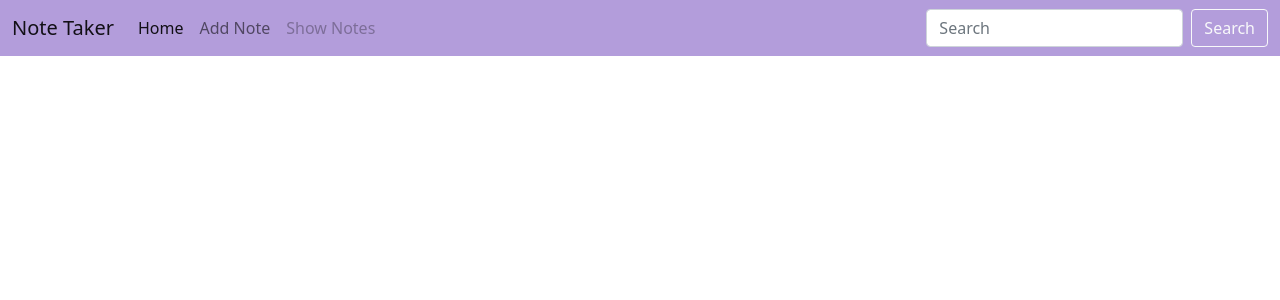
Repository: Tanmoy4672/Hibernate
Page: http://localhost/NoteTaker/
These files come from the project's save history. The page is drawn as it stood at one moment and after the next save; the edit follows.
The browser window is 1280 px wide. The pictures show the whole page.
The page is served by Tomcat 9. Other server files are loaded and not shown.

Above is the page before, as saved 2021-12-15 21:16:14.

### NoteTaker/src/main/webapp/index.jsp
<!doctype html>
<html lang="en">
  <head>
    <!-- Required meta tags -->
    <meta charset="utf-8">
    <meta name="viewport" content="width=device-width, initial-scale=1">

    <!-- Bootstrap CSS -->
    <link href="https://cdn.jsdelivr.net/npm/bootstrap@5.0.2/dist/css/bootstrap.min.css" rel="stylesheet" integrity="sha384-EVSTQN3/azprG1Anm3QDgpJLIm9Nao0Yz1ztcQTwFspd3yD65VohhpuuCOmLASjC" crossorigin="anonymous">
    <link href="CSS/style.css" rel="stylesheet"/>

 <!-- Optional JavaScript; choose one of the two! -->

    <!-- Option 1: Bootstrap Bundle with Popper -->
    <script src="https://cdn.jsdelivr.net/npm/bootstrap@5.0.2/dist/js/bootstrap.bundle.min.js" integrity="sha384-MrcW6ZMFYlzcLA8Nl+NtUVF0sA7MsXsP1UyJoMp4YLEuNSfAP+JcXn/tWtIaxVXM" crossorigin="anonymous"></script>

    <!-- Option 2: Separate Popper and Bootstrap JS -->

    <script src="https://cdn.jsdelivr.net/npm/@popperjs/core@2.9.2/dist/umd/popper.min.js" integrity="sha384-IQsoLXl5PILFhosVNubq5LC7Qb9DXgDA9i+tQ8Zj3iwWAwPtgFTxbJ8NT4GN1R8p" crossorigin="anonymous"></script>
    <script src="https://cdn.jsdelivr.net/npm/bootstrap@5.0.2/dist/js/bootstrap.min.js" integrity="sha384-cVKIPhGWiC2Al4u+LWgxfKTRIcfu0JTxR+EQDz/bgldoEyl4H0zUF0QKbrJ0EcQF" crossorigin="anonymous"></script>



    <title>NoteTaker</title>
  </head>
  <body>

    <div class="container-fluid p-0 m-0">
    <%@include file="Navbar.jsp" %>
    </div>















  </body>
</html>

### NoteTaker/src/main/webapp/Navbar.jsp
<nav class="navbar navbar-expand-lg navbar-light purple">
	<div class="container-fluid">
		<a class="navbar-brand" href="#">Note Taker</a>
		<button class="navbar-toggler" type="button" data-bs-toggle="collapse"
			data-bs-target="#navbarSupportedContent"
			aria-controls="navbarSupportedContent" aria-expanded="false"
			aria-label="Toggle navigation">
			<span class="navbar-toggler-icon"></span>
		</button>
		<div class="collapse navbar-collapse" id="navbarSupportedContent">
			<ul class="navbar-nav me-auto mb-2 mb-lg-0">
				<li class="nav-item"><a class="nav-link active"
					aria-current="page" href="#">Home</a></li>
				<li class="nav-item"><a class="nav-link" href="#">Add Note</a></li>

				<li class="nav-item"><a class="nav-link disabled" href="#"
					tabindex="-1" aria-disabled="true">Show Notes</a></li>
			</ul>
			<form class="d-flex">
				<input class="form-control me-2" type="search" placeholder="Search"
					aria-label="Search">
				<button class="btn btn-outline-light" type="submit">Search</button>
			</form>
		</div>
	</div>
</nav>

### NoteTaker/src/main/webapp/CSS/style.css
.purple{
	background: #b39ddb;
}

### NoteTaker/src/main/webapp/All_js_css.jsp
<!-- Bootstrap CSS -->
    <link href="https://cdn.jsdelivr.net/npm/bootstrap@5.0.2/dist/css/bootstrap.min.css" rel="stylesheet" integrity="sha384-EVSTQN3/azprG1Anm3QDgpJLIm9Nao0Yz1ztcQTwFspd3yD65VohhpuuCOmLASjC" crossorigin="anonymous">
    <link href="CSS/style.css" rel="stylesheet"/>

 <!-- Optional JavaScript; choose one of the two! -->

    <!-- Option 1: Bootstrap Bundle with Popper -->
    <script src="https://cdn.jsdelivr.net/npm/bootstrap@5.0.2/dist/js/bootstrap.bundle.min.js" integrity="sha384-MrcW6ZMFYlzcLA8Nl+NtUVF0sA7MsXsP1UyJoMp4YLEuNSfAP+JcXn/tWtIaxVXM" crossorigin="anonymous"></script>

    <!-- Option 2: Separate Popper and Bootstrap JS -->

    <script src="https://cdn.jsdelivr.net/npm/@popperjs/core@2.9.2/dist/umd/popper.min.js" integrity="sha384-IQsoLXl5PILFhosVNubq5LC7Qb9DXgDA9i+tQ8Zj3iwWAwPtgFTxbJ8NT4GN1R8p" crossorigin="anonymous"></script>
    <script src="https://cdn.jsdelivr.net/npm/bootstrap@5.0.2/dist/js/bootstrap.min.js" integrity="sha384-cVKIPhGWiC2Al4u+LWgxfKTRIcfu0JTxR+EQDz/bgldoEyl4H0zUF0QKbrJ0EcQF" crossorigin="anonymous"></script>

After the next save:
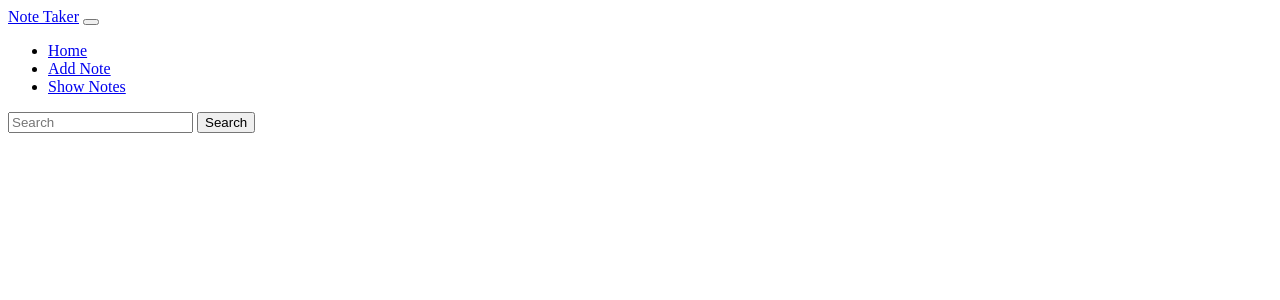
Saved 20 s later.
--- a/NoteTaker/src/main/webapp/index.jsp
+++ b/NoteTaker/src/main/webapp/index.jsp
@@ -5,19 +5,6 @@
     <meta charset="utf-8">
     <meta name="viewport" content="width=device-width, initial-scale=1">
 
-    <!-- Bootstrap CSS -->
-    <link href="https://cdn.jsdelivr.net/npm/bootstrap@5.0.2/dist/css/bootstrap.min.css" rel="stylesheet" integrity="sha384-EVSTQN3/azprG1Anm3QDgpJLIm9Nao0Yz1ztcQTwFspd3yD65VohhpuuCOmLASjC" crossorigin="anonymous">
-    <link href="CSS/style.css" rel="stylesheet"/>
-
- <!-- Optional JavaScript; choose one of the two! -->
-
-    <!-- Option 1: Bootstrap Bundle with Popper -->
-    <script src="https://cdn.jsdelivr.net/npm/bootstrap@5.0.2/dist/js/bootstrap.bundle.min.js" integrity="sha384-MrcW6ZMFYlzcLA8Nl+NtUVF0sA7MsXsP1UyJoMp4YLEuNSfAP+JcXn/tWtIaxVXM" crossorigin="anonymous"></script>
-
-    <!-- Option 2: Separate Popper and Bootstrap JS -->
-
-    <script src="https://cdn.jsdelivr.net/npm/@popperjs/core@2.9.2/dist/umd/popper.min.js" integrity="sha384-IQsoLXl5PILFhosVNubq5LC7Qb9DXgDA9i+tQ8Zj3iwWAwPtgFTxbJ8NT4GN1R8p" crossorigin="anonymous"></script>
-    <script src="https://cdn.jsdelivr.net/npm/bootstrap@5.0.2/dist/js/bootstrap.min.js" integrity="sha384-cVKIPhGWiC2Al4u+LWgxfKTRIcfu0JTxR+EQDz/bgldoEyl4H0zUF0QKbrJ0EcQF" crossorigin="anonymous"></script>
 
 
 

After the save that followed:
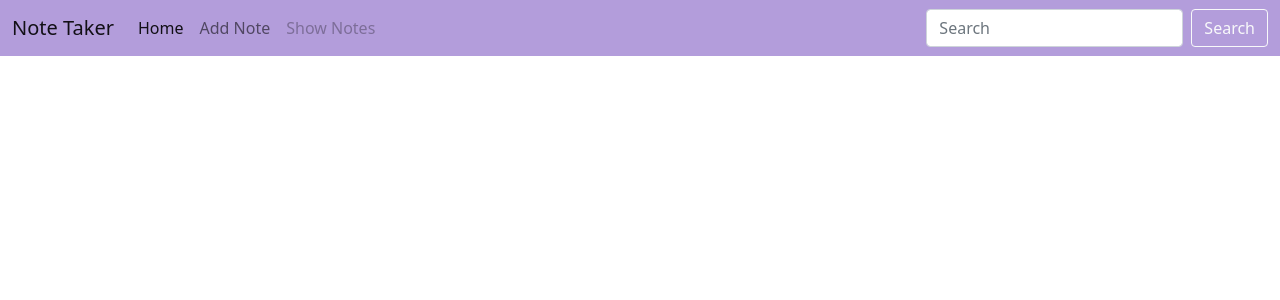
Saved 115 s later.
--- a/NoteTaker/src/main/webapp/index.jsp
+++ b/NoteTaker/src/main/webapp/index.jsp
@@ -5,10 +5,9 @@
     <meta charset="utf-8">
     <meta name="viewport" content="width=device-width, initial-scale=1">
 
+    <title>NoteTaker</title>
+       <%@include file="All_js_css.jsp" %>
 
-
-
-    <title>NoteTaker</title>
   </head>
   <body>
 
